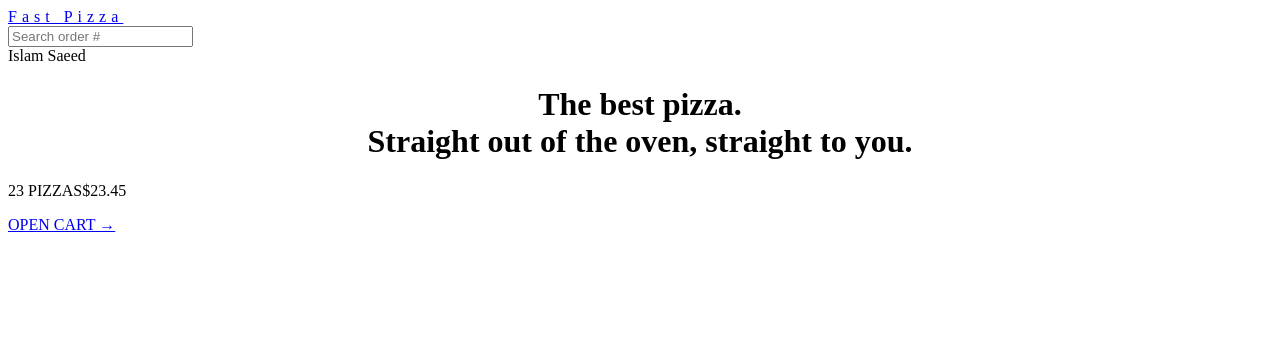
Repository: islamsaeedDev/ecommerce-cash-on-deliver-pizza-store
Page: /
The author's editor kept a copy of each file at every save. The page is drawn from the files as they stood at one save, then again after the next save.
The browser window is 1280 px wide. The pictures show the whole page.
The project was rebuilt for these pictures with package versions that can differ from the ones it lists, and the page was loaded fresh each time. Also part of the build but not shown: vite.config.js, src/ui/Error.jsx, src/services/apiRestaurant.js, src/utils/helpers.js, src/features/menu/MenuItem.jsx, src/features/menu/Menu.jsx, src/features/cart/Cart.jsx, src/features/order/Order.jsx and 1 more. Imported but missing from the stored project, and not drawn on this page: src/features/order/CreateOrder.

Above is the page before, as saved 2025-10-22 04:38:24.

After the next save:
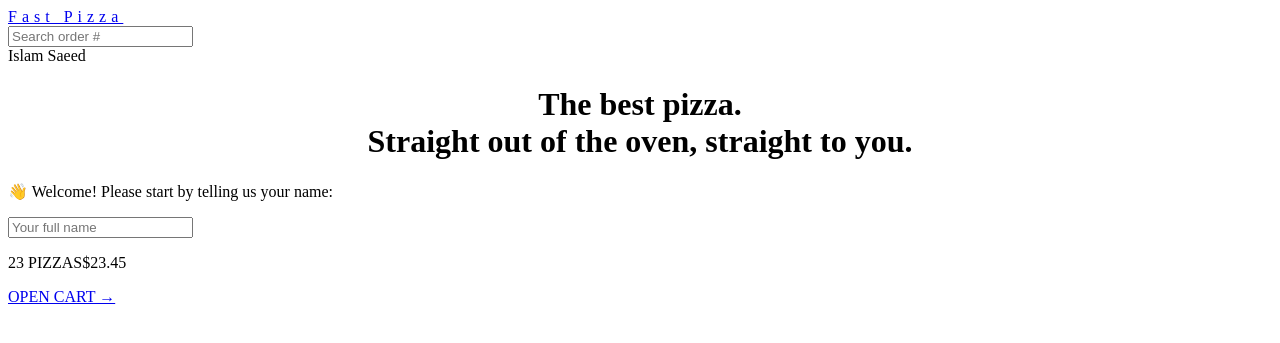
Saved 107 min 20 s later.
--- a/src/ui/Home.jsx
+++ b/src/ui/Home.jsx
@@ -1,4 +1,5 @@
 import SearchOrder from '../features/order/SearchOrder';
+import CreateUser from '../features/user/CreateUser';
 
 function Home() {
   return (
@@ -10,6 +11,8 @@ function Home() {
           Straight out of the oven, straight to you.
         </span>
       </h1>
+
+      <CreateUser />
     </div>
   );
 }
